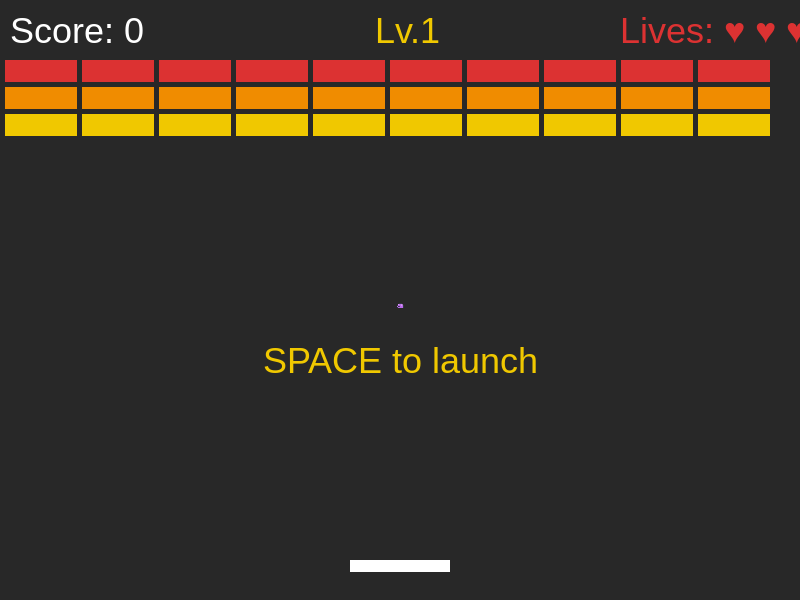
Repository: 20260182H-am/my-first-game
Script's output: python BreakOut.py
The author's editor kept a copy of each file at every save. The script's output is drawn from the files as they stood at one save, then again after the next save.
The window is shown after at most 60 frames with no key pressed. A system font it names is replaced by a similar one. Random numbers start from a fixed seed. It also reads assets/images/BreakOut_ball.png.

Above is the script's output before, as saved 2026-04-07 15:22:44.

### BreakOut.py
import pygame
import sys

pygame.init()

def get_korean_font(size):
    candidates = ["malgungothic", "applegothic", "nanumgothic", "notosanscjk"]
    for name in candidates:
        font = pygame.font.SysFont(name, size)
        if font.get_ascent() > 0:
            return font
    return pygame.font.SysFont(None, size)

WIDTH, HEIGHT = 800, 600
FPS = 60

WHITE = (255, 255, 255)
BLACK = (0, 0, 0)
GRAY = (40, 40, 40)
BLUE = (50, 120, 220)
RED = (220, 50, 50)
YELLOW = (240, 200, 0)
ORANGE = (240, 140, 0)
GREEN = (50, 200, 50)

BLOCK_COLORS = [RED, ORANGE, YELLOW, GREEN, BLUE]

screen = pygame.display.set_mode((WIDTH, HEIGHT))
pygame.display.set_caption("Breakout")
clock = pygame.time.Clock()
font = get_korean_font(36)
font_big = get_korean_font(72)

# 🔥 공 이미지 로드 (추가된 부분)
BALL_R = 4
ball_img = pygame.image.load("./assets/images/BreakOut_ball.png").convert_alpha()
ball_img = pygame.transform.scale(ball_img, (BALL_R * 2, BALL_R * 2))

LEVELS = [
    {"rows": 3, "ball_speed": 5, "label": "Lv.1"},
    {"rows": 5, "ball_speed": 6, "label": "Lv.2"},
    {"rows": 7, "ball_speed": 8, "label": "Lv.3"},
]

PAD_W, PAD_H = 100, 12
BLOCK_W, BLOCK_H = 72, 22
BLOCK_COLS = 10
BLOCK_MARGIN = 5
BLOCK_TOP = 60

def make_blocks(rows):
    blocks = []
    for r in range(rows):
        for c in range(BLOCK_COLS):
            x = BLOCK_MARGIN + c * (BLOCK_W + BLOCK_MARGIN)
            y = BLOCK_TOP + r * (BLOCK_H + BLOCK_MARGIN)
            color = BLOCK_COLORS[r % len(BLOCK_COLORS)]
            blocks.append(
                {"rect": pygame.Rect(x, y, BLOCK_W, BLOCK_H), "color": color, "hp": 1}
            )
    return blocks

def draw_hud(score, lives, level_cfg):
    screen.blit(font.render(f"Score: {score}", True, WHITE), (10, 10))
    screen.blit(font.render(f"Lives: {'♥ ' * lives}", True, RED), (WIDTH - 180, 10))
    screen.blit(font.render(level_cfg["label"], True, YELLOW), (WIDTH // 2 - 25, 10))

def message_screen(title, color, score):
    screen.fill(GRAY)
    screen.blit(font_big.render(title, True, color), (WIDTH // 2 - 180, 220))
    screen.blit(font.render(f"Score: {score}", True, WHITE), (350, 310))
    screen.blit(font.render("R: Restart   Q: Quit", True, WHITE), (270, 360))
    pygame.display.flip()
    while True:
        for e in pygame.event.get():
            if e.type == pygame.QUIT:
                pygame.quit()
                sys.exit()
            if e.type == pygame.KEYDOWN:
                if e.key == pygame.K_r:
                    return True
                if e.key == pygame.K_q:
                    pygame.quit()
                    sys.exit()

def main():
    level_idx = 0
    level_cfg = LEVELS[level_idx]

    pad = pygame.Rect(WIDTH // 2 - PAD_W // 2, HEIGHT - 40, PAD_W, PAD_H)
    ball = pygame.Rect(WIDTH // 2 - BALL_R, HEIGHT // 2, BALL_R * 2, BALL_R * 2)

    bx, by = level_cfg["ball_speed"], -level_cfg["ball_speed"]
    blocks = make_blocks(level_cfg["rows"])
    score = 0
    lives = 3
    launched = False

    while True:
        clock.tick(FPS)

        for e in pygame.event.get():
            if e.type == pygame.QUIT:
                pygame.quit()
                sys.exit()
            if e.type == pygame.KEYDOWN and e.key == pygame.K_SPACE:
                launched = True

        keys = pygame.key.get_pressed()
        if keys[pygame.K_LEFT] and pad.left > 0:
            pad.x -= 7
        if keys[pygame.K_RIGHT] and pad.right < WIDTH:
            pad.x += 7

        if not launched:
            ball.centerx = pad.centerx
            screen.fill(GRAY)

            for b in blocks:
                pygame.draw.rect(screen, b["color"], b["rect"])

            pygame.draw.rect(screen, WHITE, pad)

            # 🔥 공 blit (기존 ellipse 제거)
            screen.blit(ball_img, ball)

            draw_hud(score, lives, level_cfg)

            text_surf = font.render("SPACE to launch", True, YELLOW)
            screen.blit(
                text_surf, (WIDTH // 2 - text_surf.get_width() // 2, HEIGHT // 2 + 40)
            )
            pygame.display.flip()
            continue

        ball.x += bx
        ball.y += by

        if ball.left <= 0 or ball.right >= WIDTH:
            bx = -bx
        if ball.top <= 0:
            by = -by

        if ball.colliderect(pad) and by > 0:
            offset = (ball.centerx - pad.centerx) / (PAD_W / 2)
            bx = int(offset * level_cfg["ball_speed"]) or bx
            by = -abs(by)

        hit_block = None
        for b in blocks:
            if ball.colliderect(b["rect"]):
                hit_block = b
                break

        if hit_block:
            hit_block["hp"] -= 1
            if hit_block["hp"] <= 0:
                blocks.remove(hit_block)
                score += 10
            by = -by

        if ball.bottom >= HEIGHT:
            lives -= 1
            launched = False
            ball.center = (WIDTH // 2, HEIGHT // 2)

            if lives <= 0:
                if message_screen("GAME OVER", RED, score):
                    main()
                return

        if not blocks:
            level_idx += 1
            if level_idx >= len(LEVELS):
                if message_screen("CLEAR!", YELLOW, score):
                    main()
                return

            level_cfg = LEVELS[level_idx]
            blocks = make_blocks(level_cfg["rows"])
            launched = False
            ball.center = (WIDTH // 2, HEIGHT // 2)
            bx, by = level_cfg["ball_speed"], -level_cfg["ball_speed"]

        screen.fill(GRAY)

        for b in blocks:
            pygame.draw.rect(screen, b["color"], b["rect"])

        pygame.draw.rect(screen, WHITE, pad)

        # 🔥 공 blit (여기도 교체)
        screen.blit(ball_img, ball)

        draw_hud(score, lives, level_cfg)
        pygame.display.flip()

main()

After the next save:
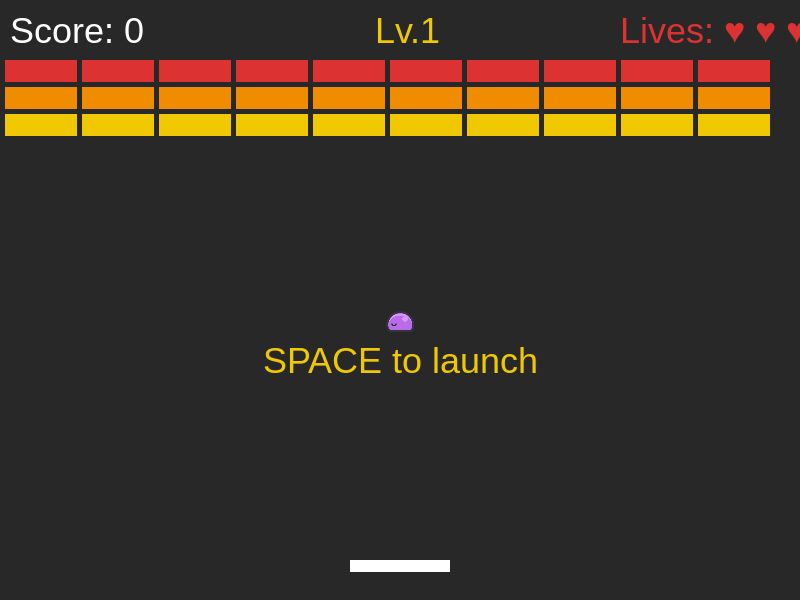
Saved 7 s later.
--- a/BreakOut.py
+++ b/BreakOut.py
@@ -32,7 +32,7 @@
 font_big = get_korean_font(72)
 
 # 🔥 공 이미지 로드 (추가된 부분)
-BALL_R = 4
+BALL_R = 16
 ball_img = pygame.image.load("./assets/images/BreakOut_ball.png").convert_alpha()
 ball_img = pygame.transform.scale(ball_img, (BALL_R * 2, BALL_R * 2))
 
